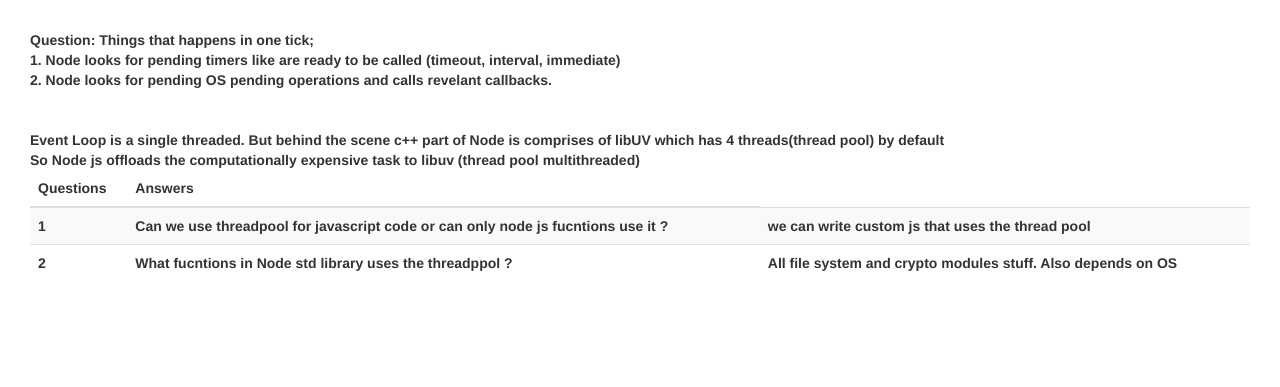
Repository: rahil001/preparation
Page: javascriptPrac/index.html
These files come from the project's save history. The page is drawn as it stood at one moment and after the next save; the edit follows.
The browser window is 1280 px wide. The pictures show the whole page.

Above is the page before, as saved 2019-10-27 22:08:09.

### javascriptPrac/index.html
<!DOCTYPE html>
<html lang="en">
<head>
    <meta charset="UTF-8">
    <title>getting started with javascript</title>
    <link rel="stylesheet" href="https://maxcdn.bootstrapcdn.com/bootstrap/3.3.7/css/bootstrap.min.css  ">
    <style>
        body, .jumbotron{
            padding: 30px;
        }
        .text-giant{
            font-size: 40px;
        }
        .singleT {
            margin-top: 40px;
        }
    </style>
</head>
<body>
<div class>
    <b>Question: Things that happens in one tick;<b>
    <div>
        <div>
        1. Node looks for pending timers like  are ready to be called (timeout, interval, immediate)
        </div>
        <div>
        2. Node looks for pending OS pending operations and calls revelant callbacks.
        </div>
    </div>
    <div class="singleT">
        Event Loop is a single threaded. But behind the scene c++ part of Node is comprises of libUV which has 4 threads(thread pool) by default
        <div>So Node js offloads the computationally expensive task to libuv (thread pool multithreaded)</div>
    </div>
<table class="table table-striped w-auto">
        <thead>
          <tr>
            <th>Questions</th>
            <th>Answers</th>
          </tr>
        </thead>
        <tbody>
          <tr class="table-info">
            <th scope="row">1</th>
            <td>Can we use threadpool for javascript code or can only node js fucntions use it ?</td>
            <td>we can write custom js that uses the thread pool</td>
          </tr>
          <tr class="table-info">
            <th scope="row">2</th>
            <td>What fucntions in Node std library uses the threadppol ?</td>
            <td>All file system and crypto modules stuff. Also depends on OS</td>
          </tr>
        </tbody>
      </table>

</div>
<script src="app.js"></script>
</body>
</html>

Loaded but not shown: javascriptPrac/app.js (no copy from this time; the picture is the same without it)

After the next save:
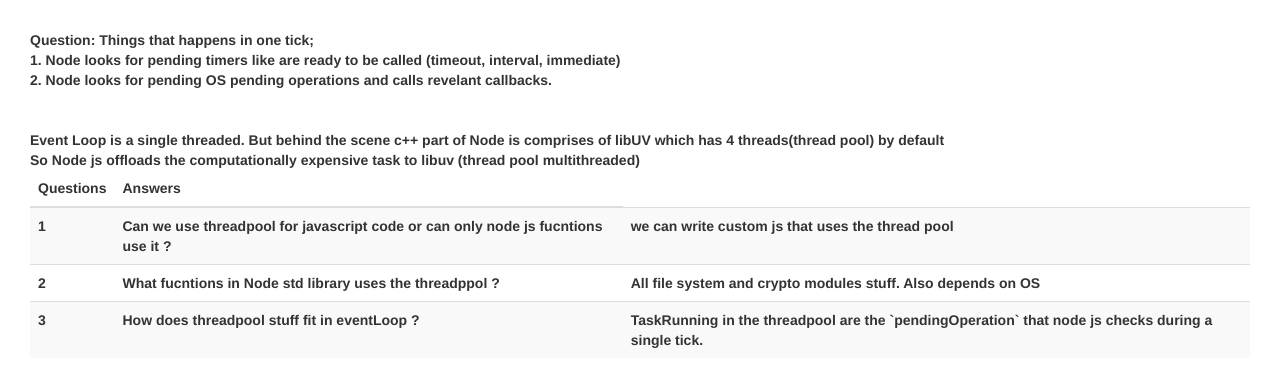
Saved 112 s later.
--- a/javascriptPrac/index.html
+++ b/javascriptPrac/index.html
@@ -49,6 +49,11 @@
             <td>What fucntions in Node std library uses the threadppol ?</td>
             <td>All file system and crypto modules stuff. Also depends on OS</td>
           </tr>
+          <tr class="table-info">
+            <th scope="row">3</th>
+            <td>How does threadpool stuff fit in eventLoop ?</td>
+            <td>TaskRunning in the threadpool are the `pendingOperation` that node js checks during a single tick.</td>
+          </tr>
         </tbody>
       </table>
 
